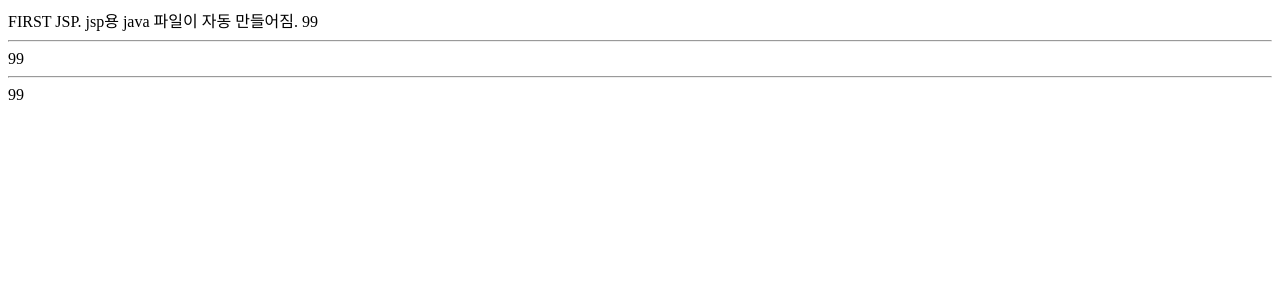
Repository: devfuturo/kosta_web
Page: http://localhost/back/jsp/first.jsp
The author's editor kept a copy of each file at every save. The page is drawn from the files as they stood at one save, then again after the next save.
The browser window is 1280 px wide. The pictures show the whole page.
The page is served by Tomcat 9. Other server files are loaded and not shown.

Above is the page before, as saved 2022-06-16 01:46:36.

### back/src/main/webapp/jsp/first.jsp
<%@ page language="java" contentType="text/html; charset=UTF-8"
    pageEncoding="UTF-8"%>
<!DOCTYPE html>
<html>
<head>
<meta charset="UTF-8">
<title>first.jsp</title>
</head>
<body>
FIRST JSP. jsp용 java 파일이 자동 만들어짐.

<%-- <%int i; %> 		 //지역변수 자동 초기화 X
	 <%out.print(i); %>  //지역변수 초기화 되지 않아 사용 불가 --%>

<!-- Scriptlet -->
<%int i = 99; %>
<%out.print(i); %>

<hr>
<!-- Expression -->
<%=i %>

<hr>
<!-- Declaration -->
<%! int i; %>
<%=i %>
</html>

After the next save:
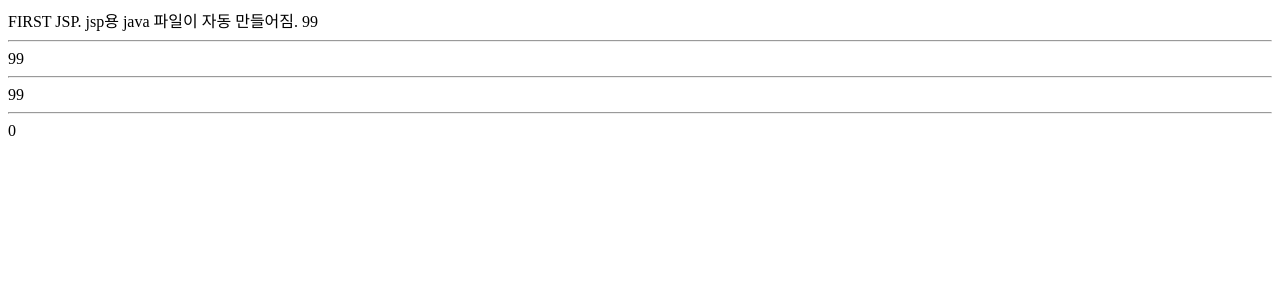
Saved 5 min 31 s later.
--- a/back/src/main/webapp/jsp/first.jsp
+++ b/back/src/main/webapp/jsp/first.jsp
@@ -23,5 +23,8 @@
 <hr>
 <!-- Declaration -->
 <%! int i; %>
-<%=i %>
+<%=i %> <!-- 99 지역변수가 우선되기 때문에 99 출력 -->
+
+<hr>
+<%=this.i %>
 </html>
